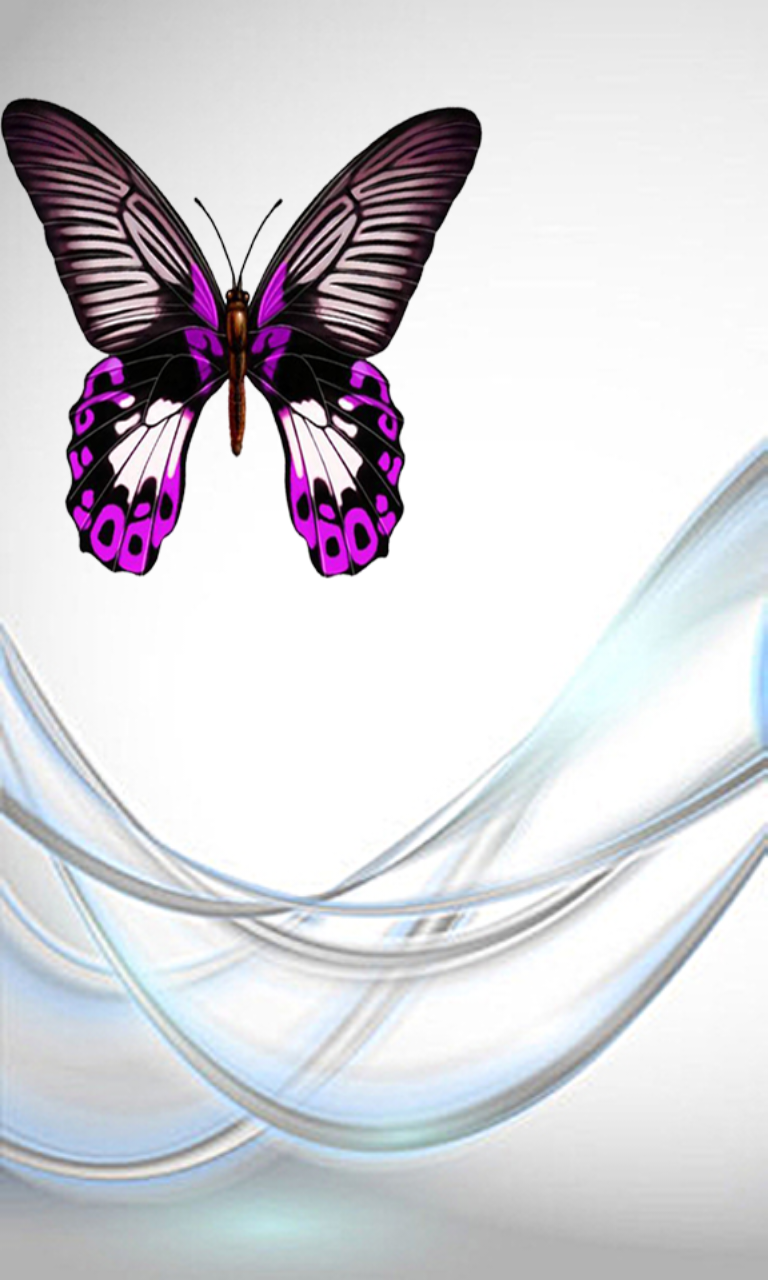
Repository: mimimy/MassagePro
Layout: BLE-Version/MassageTool/res/layout/activity_splash.xml
The author's editor kept a copy of each file at every save. The layout is drawn from the files as they stood at one save, then again after the next save.
It is drawn on a 768 x 1280 px phone screen (xhdpi) without system bars, with theme AppTheme; the app's code is not run.

Above is the layout before, as saved 2018-07-23 13:29:03.

### BLE-Version/MassageTool/res/layout/activity_splash.xml
<RelativeLayout xmlns:android="http://schemas.android.com/apk/res/android"
    xmlns:tools="http://schemas.android.com/tools"
    android:id="@+id/rl_root"
    android:layout_width="match_parent"
    android:layout_height="match_parent"
    android:background="@drawable/bk"
    tools:context="com.example.splash.SplashActivity" >

    <ImageView
        android:id="@+id/imageView1"
        android:layout_width="wrap_content"
        android:layout_height="wrap_content"
        android:layout_alignParentLeft="true"
        android:layout_alignParentTop="true"
        android:layout_marginTop="37dp"
        android:src="@drawable/flying" />

</RelativeLayout>

Loaded but not shown: BLE-Version/MassageTool/res/values/styles.xml (common file); BLE-Version/MassageTool/res/values-v11/styles.xml (common file); BLE-Version/MassageTool/res/values-v14/styles.xml (common file)

After the next save:
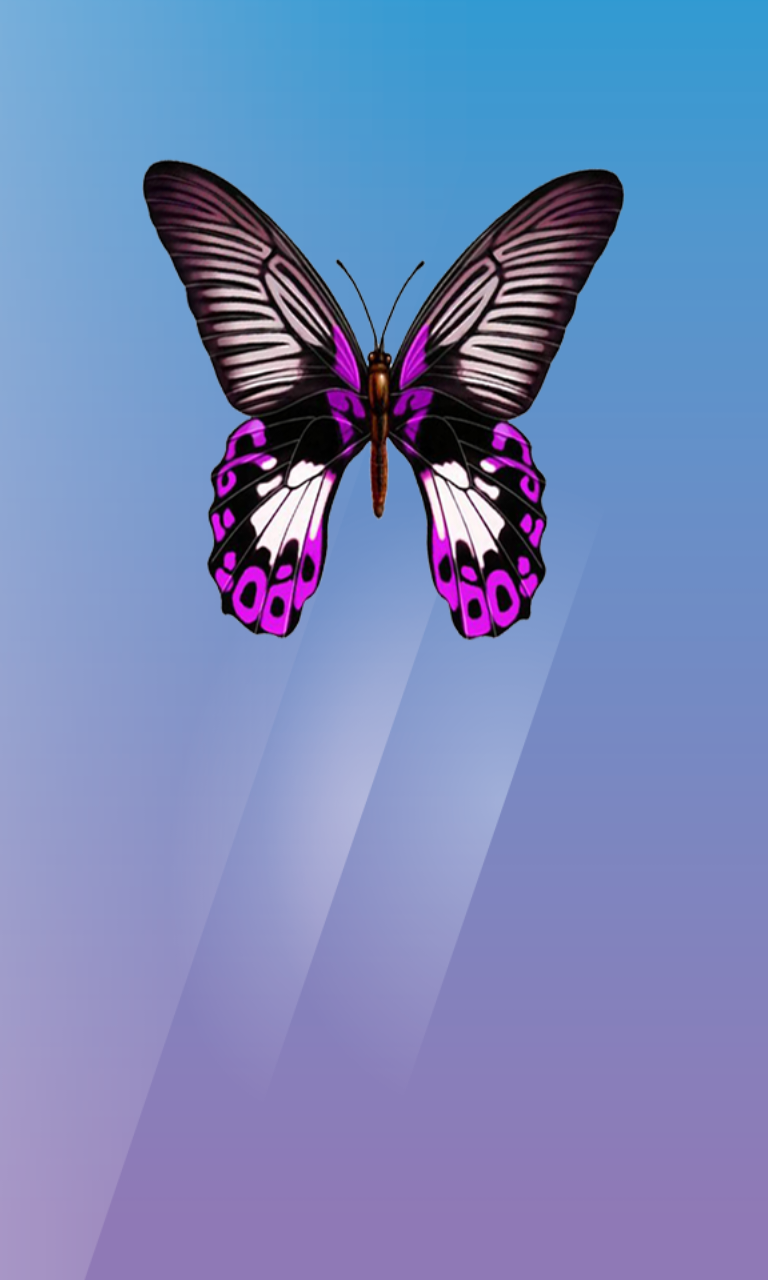
Saved 61 s later.
--- a/BLE-Version/MassageTool/res/layout/activity_splash.xml
+++ b/BLE-Version/MassageTool/res/layout/activity_splash.xml
@@ -3,16 +3,16 @@
     android:id="@+id/rl_root"
     android:layout_width="match_parent"
     android:layout_height="match_parent"
-    android:background="@drawable/bk"
+    android:background="@drawable/bm"
     tools:context="com.example.splash.SplashActivity" >
 
     <ImageView
         android:id="@+id/imageView1"
         android:layout_width="wrap_content"
         android:layout_height="wrap_content"
-        android:layout_alignParentLeft="true"
         android:layout_alignParentTop="true"
-        android:layout_marginTop="37dp"
+        android:layout_centerHorizontal="true"
+        android:layout_marginTop="68dp"
         android:src="@drawable/flying" />
 
 </RelativeLayout>
